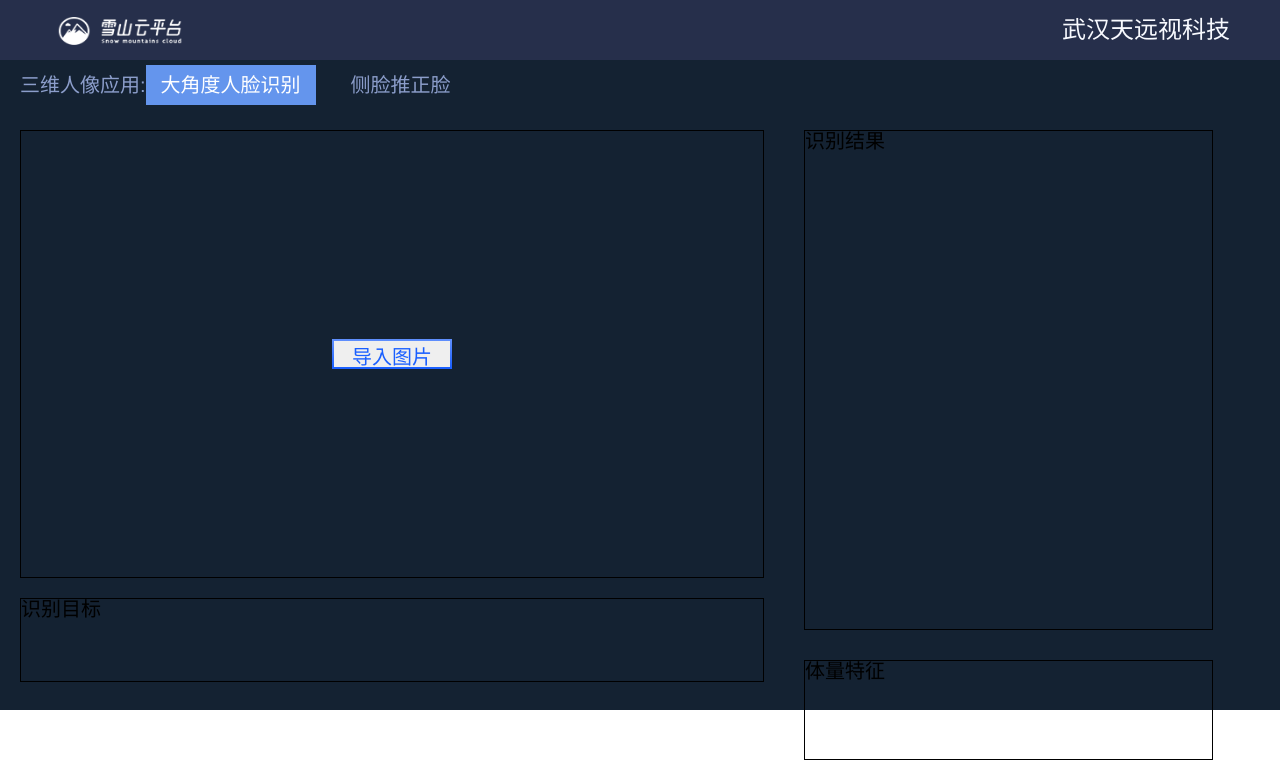
Repository: fyt2020/pubilcDemlo
Page: /
The author's editor kept a copy of each file at every save. The page is drawn from the files as they stood at one save, then again after the next save.
The browser window is 1280 px wide. The pictures show the whole page.
The project was rebuilt for these pictures with package versions that can differ from the ones it lists, and the page was loaded fresh each time.

Above is the page before, as saved 2020-04-28 10:28:58.

After the next save:
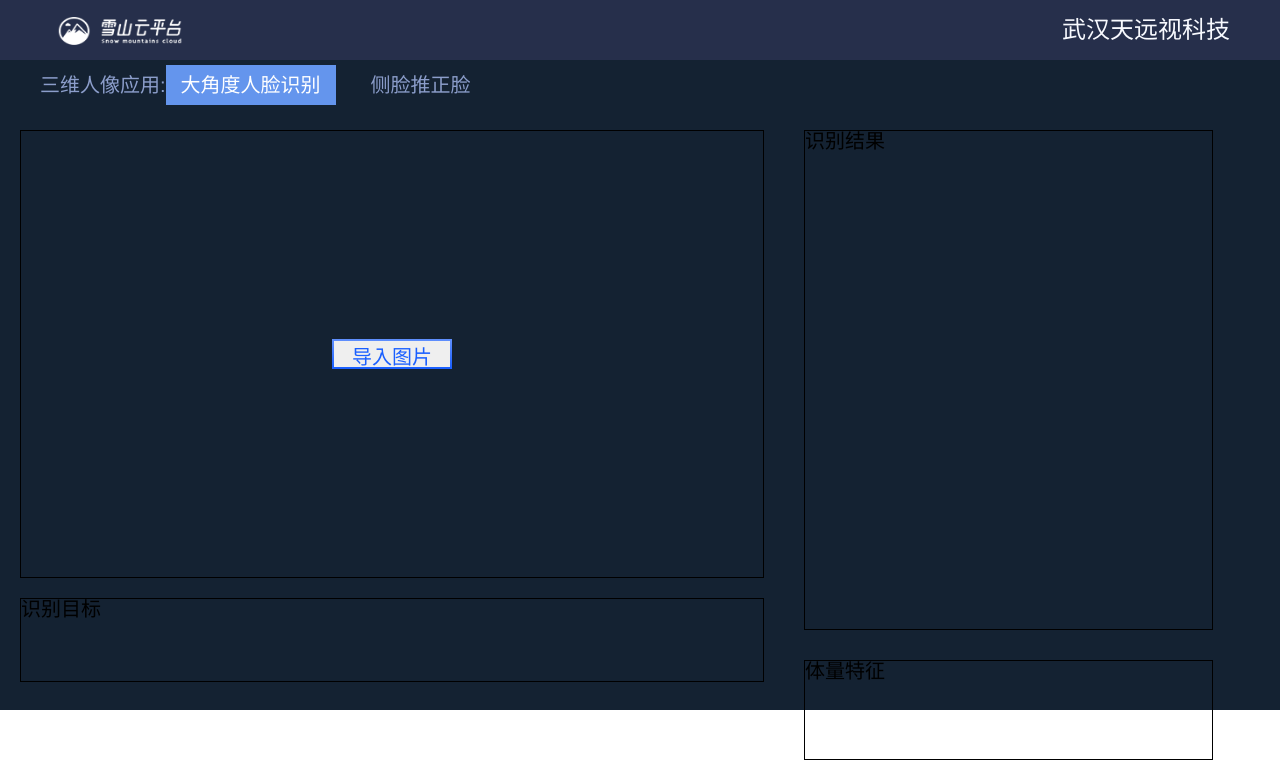
Saved 51 s later.
--- a/src/assets/css/home.scss
+++ b/src/assets/css/home.scss
@@ -35,7 +35,7 @@
         box-sizing: border-box;
         background-color: #142232;
         color:  #8c9ecb;
-        padding: 0 20px;
+        padding: 0 40px;
         &__item{
             height: 40px;
             line-height: 40px;
